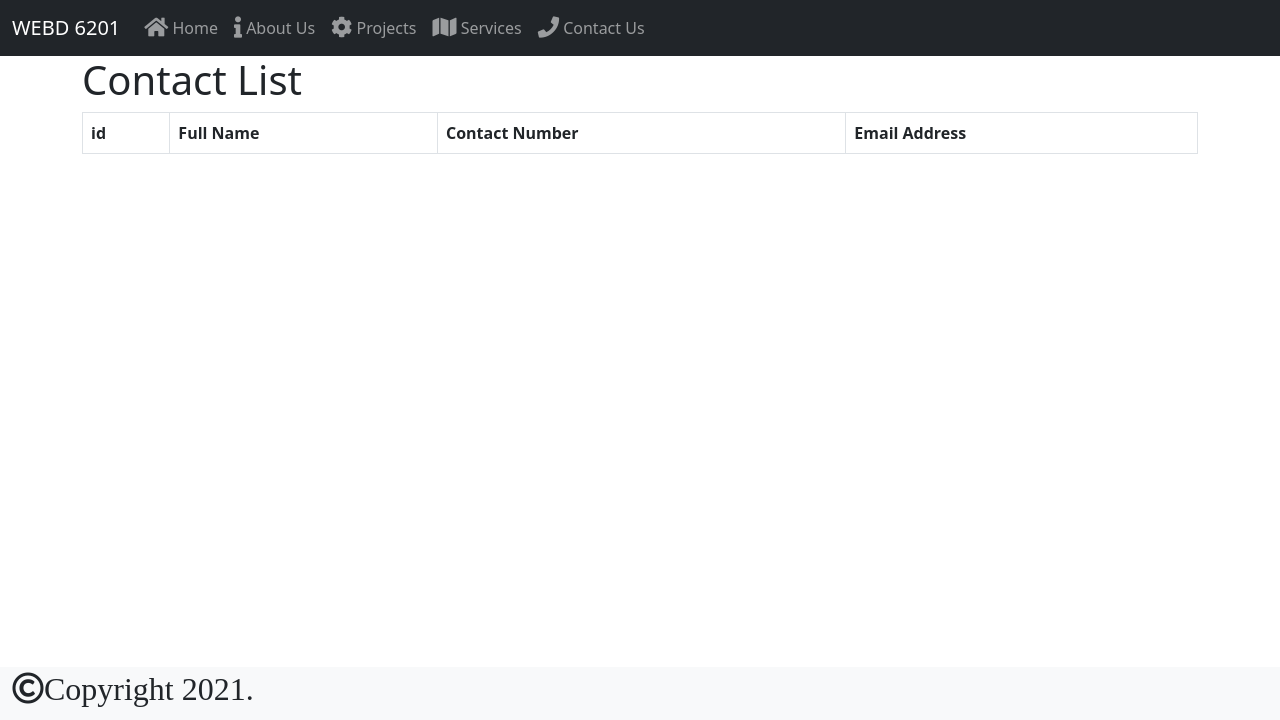
Repository: vans12345678/WEBD6201-W2021-Week3
Page: contact-list.html
The author's editor kept a copy of each file at every save. The page is drawn from the files as they stood at one save, then again after the next save.
The browser window is 1280 px wide. The pictures show the whole page.

Above is the page before, as saved 2021-01-28 09:58:01.

After the next save:
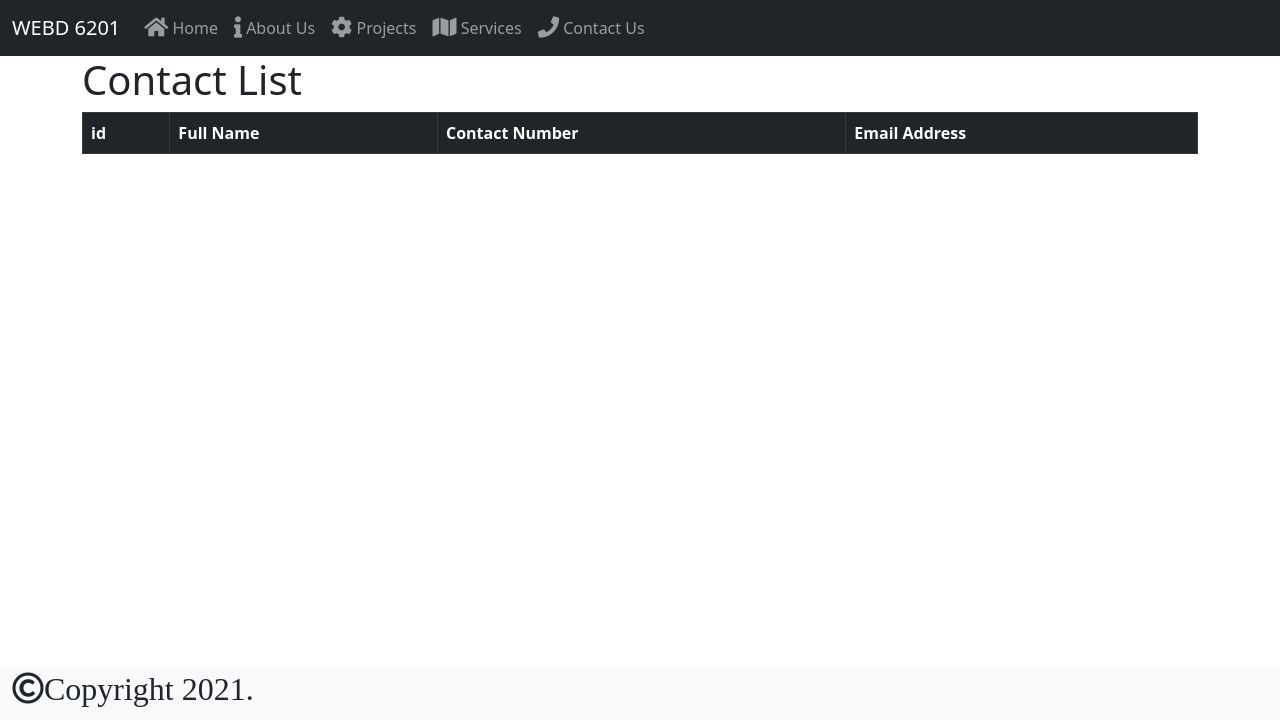
Saved 16 s later.
--- a/contact-list.html
+++ b/contact-list.html
@@ -52,7 +52,7 @@
         <div class="row">
           <div class="col">
             <table class="table table-striped table-bordered table-hover">
-              <thead>
+              <thead class="table-dark">
                 <tr>
                   <th scope="col">id</th>
                   <th scope="col">Full Name</th>
